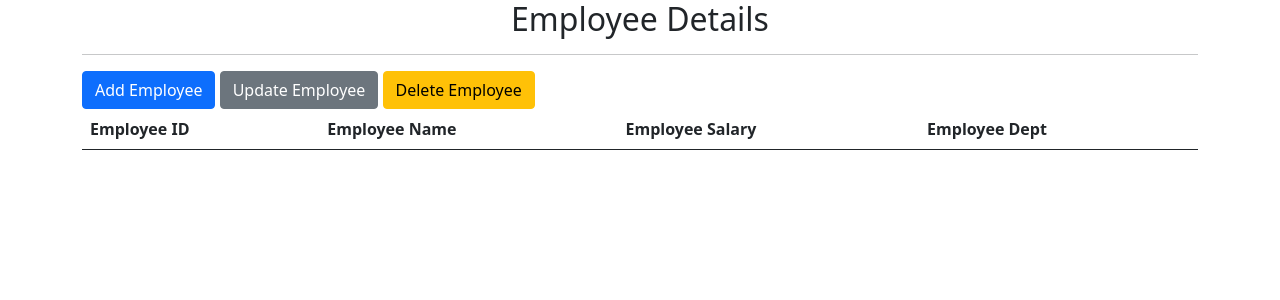
Repository: bhatideepak599/JspServlets
Page: http://localhost/10-student-mvc-db/Student
These files come from the project's save history. The page is drawn as it stood at one moment and after the next save; the edit follows.
The browser window is 1280 px wide. The pictures show the whole page.
The page is served by Tomcat 9. Queries for data that is not in the repository find no rows.

Above is the page before, as saved 2024-07-17 09:50:12.

After the next save:
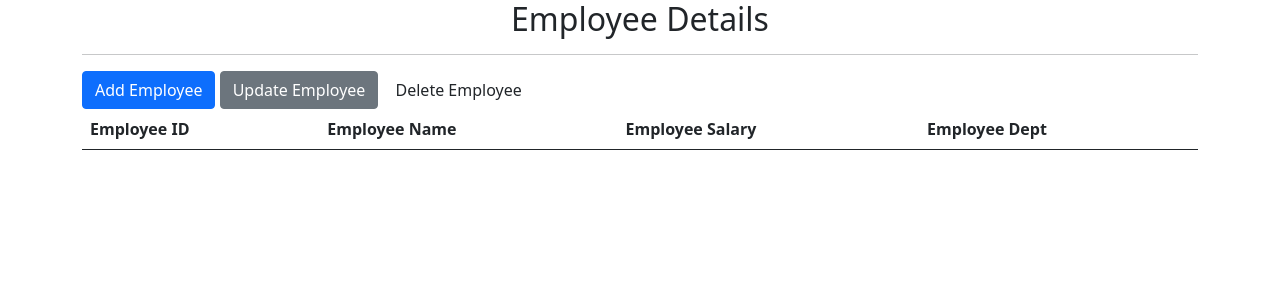
Saved 39 s later.
--- a/10-student-mvc-db/WebContent/empFile.jsp
+++ b/10-student-mvc-db/WebContent/empFile.jsp
@@ -34,7 +34,7 @@
 	<hr>
 	<a href="add-Employee.jsp" class="btn btn-primary">Add Employee</a>
 	<a href="update-Employee.jsp" class="btn btn-secondary">Update Employee</a>
-	<a href="update-Employee.jsp" class="btn btn-warning">Delete Employee</a>
+	<a href="update-Employee.jsp" class="btn btn-Danger">Delete Employee</a>
 	<table class="table table-striped">
 
 		<thead>
